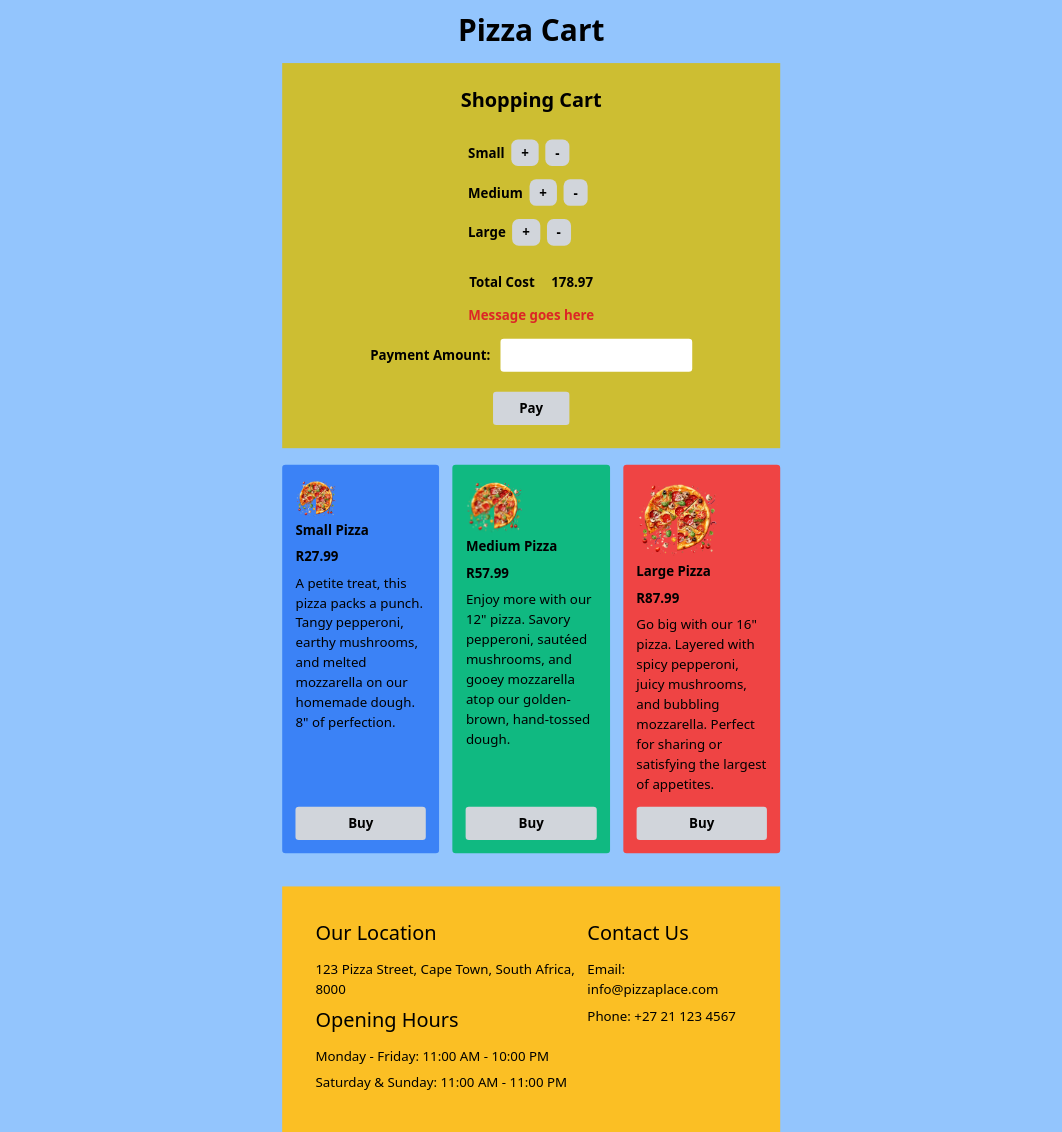
Repository: lasity34/pizza_cart
Page: index.html
The author's editor kept a copy of each file at every save. The page is drawn from the files as they stood at one save, then again after the next save.
The browser window is 1280 px wide. The pictures show the whole page, at 83% of full size.
Some web libraries are served in a nearby version.

Above is the page before, as saved 2023-07-11 11:05:34.
Console error: ReferenceError: amount is not defined

### index.html
<!DOCTYPE html>
<html lang="en">
  <head>
    <meta charset="UTF-8" />
    <meta name="viewport" content="width=device-width, initial-scale=1.0" />
    <title>Pizza Cart</title>
    <script src="//unpkg.com/alpinejs" defer></script>
    <link
      href="https://cdn.jsdelivr.net/npm/tailwindcss@2.1.2/dist/tailwind.min.css"
      rel="stylesheet"
    />
    <link href="./style.css" rel="stylesheet" />
  </head>
  <body class="bg-blue-300">
    <section class="flex justify-center items-center">
      <h1 class="text-4xl pt-4 font-bold">Pizza Cart</h1>
    </section>
    <section
      class="shop-container my-5 p-7 flex justify-center items-center flex-col"
    >
      <h2 class="text-2xl mb-2 font-bold">Shopping Cart</h2>
      <div class="mt-6 flex flex-col items-center">
        <div x-data="cart" >
          <div class="flex items-center mb-4">
            <p class="font-bold mr-2">Small</p>
            <button
              @click="increment()"
              class="bg-gray-300 hover:bg-gray-400 rounded-lg px-3 py-1 mr-2 font-bold"
            >
              +
            </button>
            <button
              @click="decrement()"
              class="bg-gray-300 hover:bg-gray-400 rounded-lg px-3 py-1 font-bold"
            >
              -
            </button>
            <p class="ml-2" x-text="amount * price"></p>
          </div>
          <div class="flex items-center mb-4">
            <p class="font-bold mr-2">Medium</p>
            <button
              @click="increment()"
              class="bg-gray-300 hover:bg-gray-400 rounded-lg px-3 py-1 mr-2 font-bold"
            >
              +
            </button>
            <button
              @click="decrement()"
              class="bg-gray-300 hover:bg-gray-400 rounded-lg px-3 py-1 font-bold"
            >
              -
            </button>
            <p class="ml-2" x-text="amount * price"></p>
          </div>
          <div class="flex items-center mb-4">
            <p class="font-bold mr-2">Large</p>
            <button
              @click="increment()"
              class="bg-gray-300 hover:bg-gray-400 rounded-lg px-3 py-1 mr-2 font-bold"
            >
              +
            </button>
            <button
              @click="decrement()"
              class="bg-gray-300 hover:bg-gray-400 rounded-lg px-3 py-1 font-bold"
            >
              -
            </button>
            <p class="ml-2" x-text="amount * price"></p>
          </div>
        </div>

        <div class="flex mt-4">
          <p class="font-bold">Total Cost</p>
          <p class="ml-5 font-bold">178.97</p>
        </div>
        <div class="mt-4">
          <p class="text-red-600 font-bold">Message goes here</p>
        </div>
        <div class="mt-4">
          <label class="font-bold">Payment Amount:</label>
          <input type="text" class="rounded ml-2 py-2" />
        </div>
        <div class="mt-6">
          <button
            class="bg-gray-300 hover:bg-gray-400 py-2 px-8 rounded font-bold"
          >
            Pay
          </button>
        </div>
      </div>
    </section>
    <section class="pizza_columns">
      <div class="flex justify-around gap-4 max-w-screen-sm mx-auto">
        <div
          class="pizza_sm bg-blue-500 rounded p-4 w-64 flex flex-col justify-between text-black"
        >
          <div>
            <img src="./pizza.png" width="50" />
            <h3 class="mb-2 font-bold">Small Pizza</h3>
            <h3 class="mb-2 font-bold">R27.99</h3>
            <p class="mb-4">
              A petite treat, this pizza packs a punch. Tangy pepperoni, earthy
              mushrooms, and melted mozzarella on our homemade dough. 8" of
              perfection.
            </p>
          </div>
          <button
            @click=""
            class="bg-gray-300 hover:bg-gray-400 transition-colors duration-300 py-2 px-4 rounded font-bold"
          >
            Buy
          </button>
        </div>
        <div
          class="pizza_md bg-green-500 rounded p-4 w-64 flex flex-col justify-between text-black"
        >
          <div>
            <img src="./pizza.png" width="70" />
            <h3 class="mb-2 font-bold">Medium Pizza</h3>
            <h3 class="mb-2 font-bold">R57.99</h3>
            <p class="mb-4">
              Enjoy more with our 12" pizza. Savory pepperoni, sautéed
              mushrooms, and gooey mozzarella atop our golden-brown, hand-tossed
              dough.
            </p>
          </div>
          <button
            class="bg-gray-300 hover:bg-gray-400 transition-colors duration-300 py-2 px-4 rounded font-bold"
          >
            Buy
          </button>
        </div>
        <div
          class="pizza_lg bg-red-500 rounded p-4 w-64 flex flex-col justify-between text-black"
        >
          <div>
            <img src="./pizza.png" width="100" />
            <h3 class="mb-2 font-bold">Large Pizza</h3>
            <h3 class="mb-2 font-bold">R87.99</h3>
            <p class="mb-4">
              Go big with our 16" pizza. Layered with spicy pepperoni, juicy
              mushrooms, and bubbling mozzarella. Perfect for sharing or
              satisfying the largest of appetites.
            </p>
          </div>
          <button
            class="bg-gray-300 hover:bg-gray-400 transition-colors duration-300 py-2 px-4 rounded font-bold"
          >
            Buy
          </button>
        </div>
      </div>
      <footer class="bg-yellow-400 text-black mt-10 p-10">
        <div class="container mx-auto flex justify-between">
          <div>
            <h2 class="text-2xl mb-4">Our Location</h2>
            <p class="mb-2">123 Pizza Street, Cape Town, South Africa, 8000</p>

            <h2 class="text-2xl mb-4">Opening Hours</h2>
            <p class="mb-2">Monday - Friday: 11:00 AM - 10:00 PM</p>
            <p class="mb-2">Saturday & Sunday: 11:00 AM - 11:00 PM</p>
          </div>
          <div>
            <h2 class="text-2xl mb-4">Contact Us</h2>
            <p class="mb-2">Email: info@pizzaplace.com</p>
            <p class="mb-2">Phone: +27 21 123 4567</p>
          </div>
        </div>
      </footer>
    </section>
    <script src="./pizza.js"></script>
  </body>
</html>

### style.css

body {
    max-width: 600px;
    margin: 0 auto;
}

.shop-container {
    background-color: rgb(205, 190, 50);
}

### pizza.js
function cart() {
  return {
    smallAmount: 0,
    mediumAmount: 0,
    largeAmount: 0,
    prices: {
      small: 27.99,
      medium: 57.99,
      large: 87.99,
    },
    increment(size) {
      if (size === "small") {
        this.smallAmount++;
      } else if (size === "medium") {
        this.mediumAmount++;
      } else if (size === "large") {
        this.largeAmount++;
      }
    },
    decrement(size) {
      if (size === "small" && this.smallAmount > 0) {
        this.smallAmount--;
      } else if (size === "medium" && this.mediumAmount > 0) {
        this.mediumAmount--;
      } else if (size === "large" && this.largeAmount > 0) {
        this.largeAmount--;
      }
    },
  };
}

document.addEventListener("alpine:init", () => {
  Alpine.data("cart", cart);
});

After the next save:
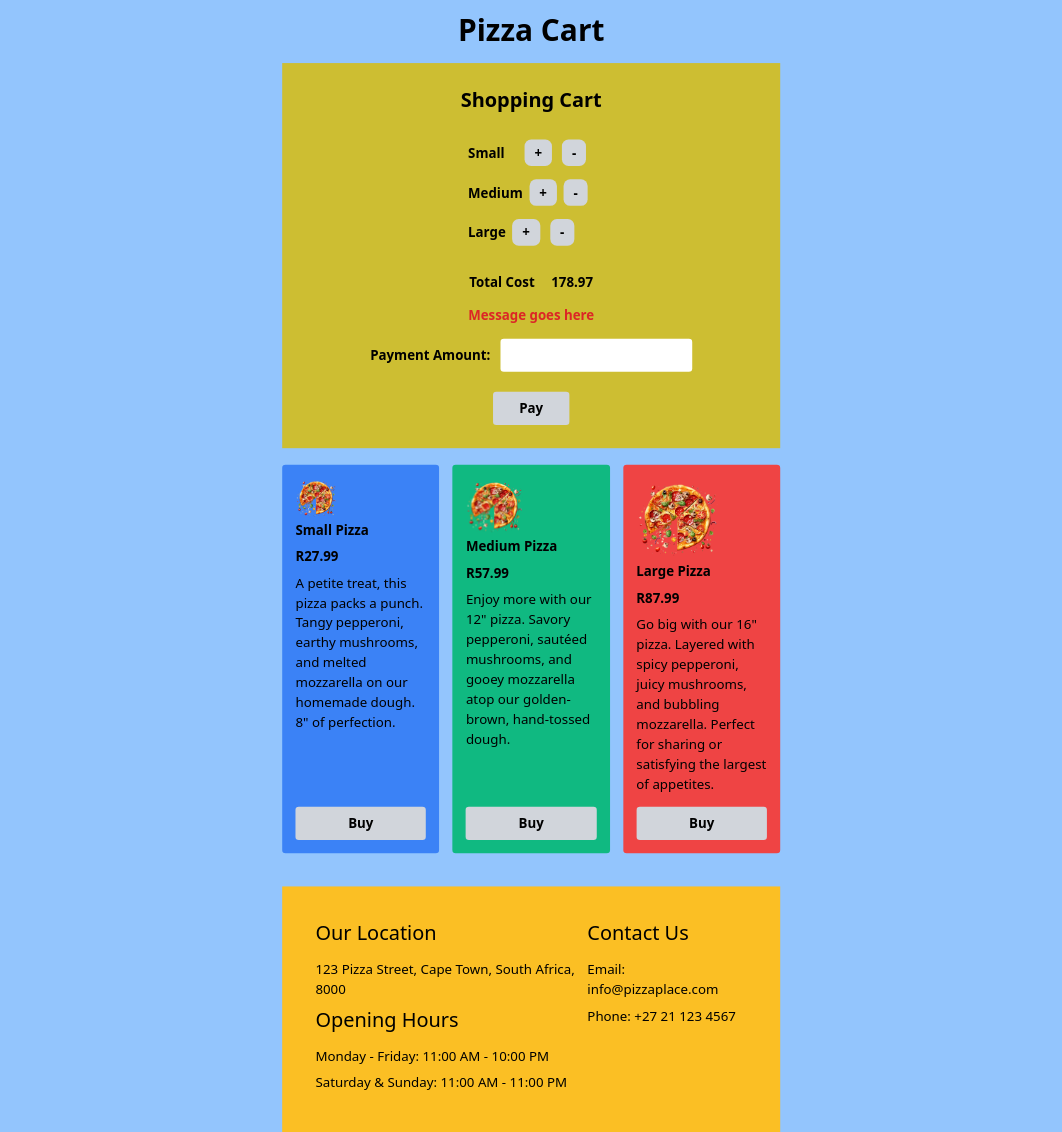
Saved 3 min 3 s later.
--- a/index.html
+++ b/index.html
@@ -20,22 +20,24 @@
     >
       <h2 class="text-2xl mb-2 font-bold">Shopping Cart</h2>
       <div class="mt-6 flex flex-col items-center">
-        <div x-data="cart" >
+        <div x-data="cart">
           <div class="flex items-center mb-4">
             <p class="font-bold mr-2">Small</p>
-            <button
-              @click="increment()"
-              class="bg-gray-300 hover:bg-gray-400 rounded-lg px-3 py-1 mr-2 font-bold"
-            >
-              +
-            </button>
-            <button
-              @click="decrement()"
-              class="bg-gray-300 hover:bg-gray-400 rounded-lg px-3 py-1 font-bold"
-            >
-              -
-            </button>
-            <p class="ml-2" x-text="amount * price"></p>
+            <div class="ml-4">
+              <button
+                @click="increment()"
+                class="bg-gray-300 hover:bg-gray-400 rounded-lg px-3 py-1 mr-2 font-bold"
+              >
+                +
+              </button>
+              <button
+                @click="decrement()"
+                class="bg-gray-300 hover:bg-gray-400 rounded-lg px-3 py-1 font-bold"
+              >
+                -
+              </button>
+              <p class="ml-2" x-text="amount * price"></p>
+            </div>
           </div>
           <div class="flex items-center mb-4">
             <p class="font-bold mr-2">Medium</p>
@@ -55,19 +57,22 @@
           </div>
           <div class="flex items-center mb-4">
             <p class="font-bold mr-2">Large</p>
-            <button
-              @click="increment()"
-              class="bg-gray-300 hover:bg-gray-400 rounded-lg px-3 py-1 mr-2 font-bold"
-            >
-              +
-            </button>
-            <button
-              @click="decrement()"
-              class="bg-gray-300 hover:bg-gray-400 rounded-lg px-3 py-1 font-bold"
-            >
-              -
-            </button>
-            <p class="ml-2" x-text="amount * price"></p>
+            <div>
+
+              <button
+                @click="increment()"
+                class="bg-gray-300 hover:bg-gray-400 rounded-lg px-3 py-1 mr-2 font-bold"
+              >
+                +
+              </button>
+              <button
+                @click="decrement()"
+                class="bg-gray-300 hover:bg-gray-400 rounded-lg px-3 py-1 font-bold"
+              >
+                -
+              </button>
+              <p class="ml-2" x-text="amount * price"></p>
+            </div>
           </div>
         </div>
 
